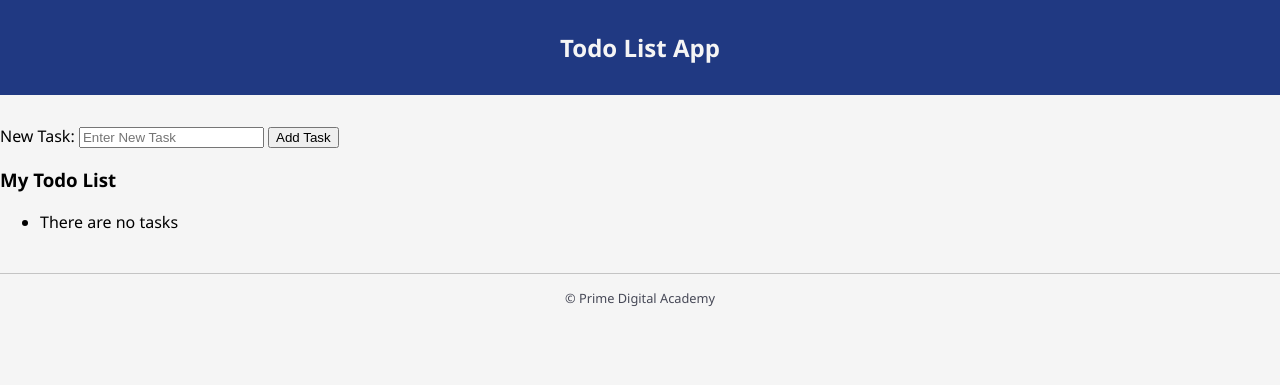
Repository: ryanmgregory/ursus-todo-list
Page: index.html
The author's editor kept a copy of each file at every save. The page is drawn from the files as they stood at one save, then again after the next save.
The browser window is 1280 px wide. The pictures show the whole page.

Above is the page before, as saved 2020-03-19 22:50:25.

### index.html
<!DOCTYPE html>
<html lang="en">
  <head>
    <meta charset="UTF-8" />
    <meta name="viewport" content="width=device-width, initial-scale=1.0" />
    <link rel="stylesheet" href="style.css" />
    <script src="jquery-3.4.1.min.js" type="text/javascript"></script>
    <script src="javascript.js" type="text/javascript"></script>

    <title>Todo List</title>
  </head>
  <body>
    <header class="appBar">
      <h1 class="appBar-title">Todo List App</h1>
    </header>
    <!-- ASSIGNMENT CONTENT GOES BELOW HERE -->

    <!--Input field with "New Task" label.  "Add Task" BTN.  -->
    <div>
      <form class="js-form-add">
        <label>New Task:</label>
        <input class="js-input-task" type="text" placeholder="Enter New Task" />
        <button class="js-btn-add" type="submit">Add Task</button>
      </form>
    </div>

    <!-- h3 "My To Do List"  -->
    <h3>My Todo List</h3>
    <!-- <UL> <OL single item: "There are no tasks in it"/>  -->
    <ul class="js-unordered-list">
      <li class="js-single-item-list">
        There are no tasks
      </li>
    </ul>

    <footer class="footer">
      &copy; Prime Digital Academy
    </footer>
  </body>
</html>

### style.css
/* ----------------------------------------
** Element Resets
** ---------------------------------------- */

html,
body {
  margin: 0;
  height: 100%;
  background-color: #f5f5f5;
  font-family: 'Segoe UI', Tahoma, Geneva, Verdana, sans-serif;
}

/* ----------------------------------------
** Footer
** ---------------------------------------- */

.footer {
  margin: 40px 0 0;
  padding: 15px 20px;
  border-top: 1px solid rgb(0,0,0, 0.2);
  color: #474957;
  text-align: center;
  font-size: 0.8rem;
}

/* ----------------------------------------
** App Bar
** ---------------------------------------- */

.appBar {
  margin: 0 0 30px;
  padding: 15px 20px;
  background-color: #203982;
  color: #f5f5f5;
  text-align: center;
}

.appBar-title {
  font-size: 1.5rem;
}

/* ----------------------------------------
** Panel
** - wrapping element meant to give the look
**   of a raised box
** ---------------------------------------- */

.panel {
  margin: 0 auto;
  padding: 20px;
  max-width: 90%;
  width: 400px;
  box-sizing: border-box;
  background-color: #ffffff;
  border-radius: 3px;
  box-shadow: 0 2px 3px rgb(0,0,0, 0.1);
}

.panel + .panel {
  margin-top: 20px;
}

/* ----------------------------------------
** Button
** - interactive element for clickable buttons
** ---------------------------------------- */

.btn {
  padding: 12px 18px;
  box-sizing: border-box;
  border-radius: 6px;
  background: #274bb6;
  border-width: 0;
  border-bottom: 1px solid #102461;
  color: #f5f5f5;
  text-align: center;
  font-size: 1.1rem;
  text-transform: uppercase;
  cursor: pointer;
}

.btn:hover {
  background-color: #102461;
}

.btn:disabled {
  border-width: 0;
  background-color: #b2b6d3;
  cursor: not-allowed;
}

.btn_fullWidth {
  width: 100%;
}

/* ----------------------------------------
** Form Fields
** - styling for both standard input and label
** ---------------------------------------- */

.fieldLabel {
  display: block;
  margin: 0 0 10px;
}

.field {
  margin: 0 0 20px;
  padding: 10px;
  width: 100%;
  box-sizing: border-box;
  border-radius: 6px;
  border: 1px solid #474957;
  font-size: 1.2rem;
}

/* ----------------------------------------
** Stacked List
** - meant for the element wrapping a list
**   of items
** ---------------------------------------- */

.stackedList {
  margin: 0;
  padding: 0;
  list-style: none;
}

.stackedList > * {
  display: flex;
  justify-content: space-between;
  align-items: center;
  padding: 10px;
  width: 100%;
  box-sizing: border-box;
}

.stackedList > * + * {
  border-top: 1px solid #75788d;
}

/* ----------------------------------------
** Actions and State
** - utility classes to alter a visual
** ---------------------------------------- */

.isComplete {
  background-color: #a8f0d4;
}

### javascript.js
$(document).ready(init);
// create addTask ready on page load
const todoArray = [];

function init() {
  $(".js-form-add").on("click", ".js-btn-add", addTask);
  $(".js-unordered-list").on("click", ".js-btn-complete", toggleBtn);
}

const taskObject = {
  taskName: $(".js-input-task").val(),
  complete: false
};
// addTask function to receive task (as object) into array
// create object with name (string) & complete (boolean)
// added prevent default event to stop the page from reloading

function addTask(event) {
  event.preventDefault();
  console.log("in addTask");

  const taskObject = {
    taskName: $(".js-input-task").val(),
    complete: false
  };
  todoArray.push(taskObject);
  console.log("to do array:", todoArray);
  emptyField();
  render();
}

// empty input field after addTask
function emptyField() {
  $(".js-input-task").val("");
}

// Display object from array on <ul> on DOM
// empty array before each push
function render() {
  $(".js-unordered-list").empty();
  for (let i = 0; i < todoArray.length; i++) {
    const individualTask = todoArray[i];
    $(".js-unordered-list").append(`
        <div>
        <li>${individualTask.taskName} <button class="js-btn-complete">COMPLETE</button>  </li>
        <div>
        `);
  }
}

// btn click event to change value of object to true

function toggleBtn() {
  $(this.value === false);
}

//   console.log("in ToGgLe!!!");
//   if (($(this.parent()) = false)) {
//     console.log("its false");
//   }
//   if (($(this.parent()) = true)) {
//     console.log("its true");
//   }
// }

//   for (let i = 0; i < todoArray.length; i++) {
//     const individualTask = todoArray[i];
//     $(this).toggle($({.complete} = true));
//   }

// // console.log("todoArray:", todoArray);

// function toggleBtn() {
//   console.log("in ToGgLe!!!");
//   console.log("todoArray:", todoArray);
//   for (let i = 0; i < todoArray.length; i++) {
//     const individualTask = todoArray[i];
//     $(".js-unordered-list").append(`
//   <div>
//   <button class="js-btn-complete"${(individualTask.complete = true)}>COMPLETE</button>  </li>
//   <div>
//   `);
//   }
// }

Loaded but not shown: jquery-3.4.1.min.js (library)

After the next save:
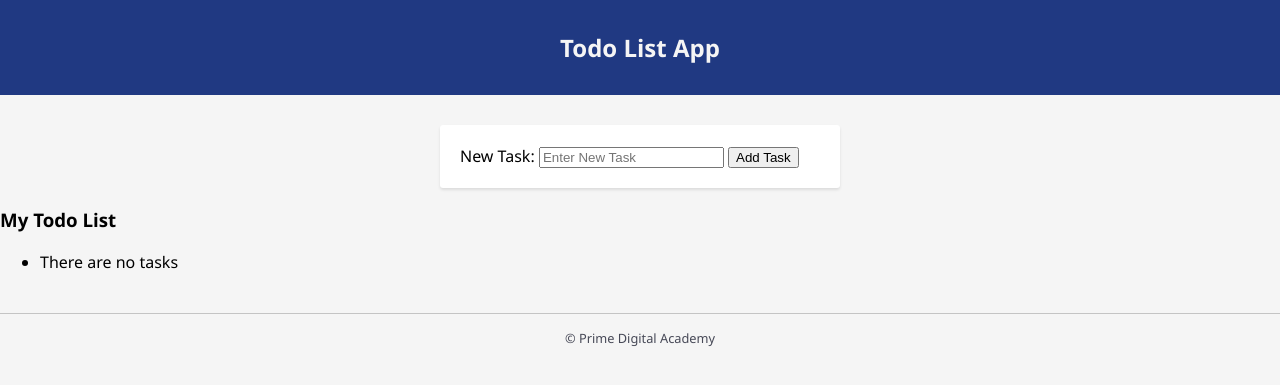
Saved 11 s later.
--- a/index.html
+++ b/index.html
@@ -16,7 +16,7 @@
     <!-- ASSIGNMENT CONTENT GOES BELOW HERE -->
 
     <!--Input field with "New Task" label.  "Add Task" BTN.  -->
-    <div>
+    <div class="panel">
       <form class="js-form-add">
         <label>New Task:</label>
         <input class="js-input-task" type="text" placeholder="Enter New Task" />
